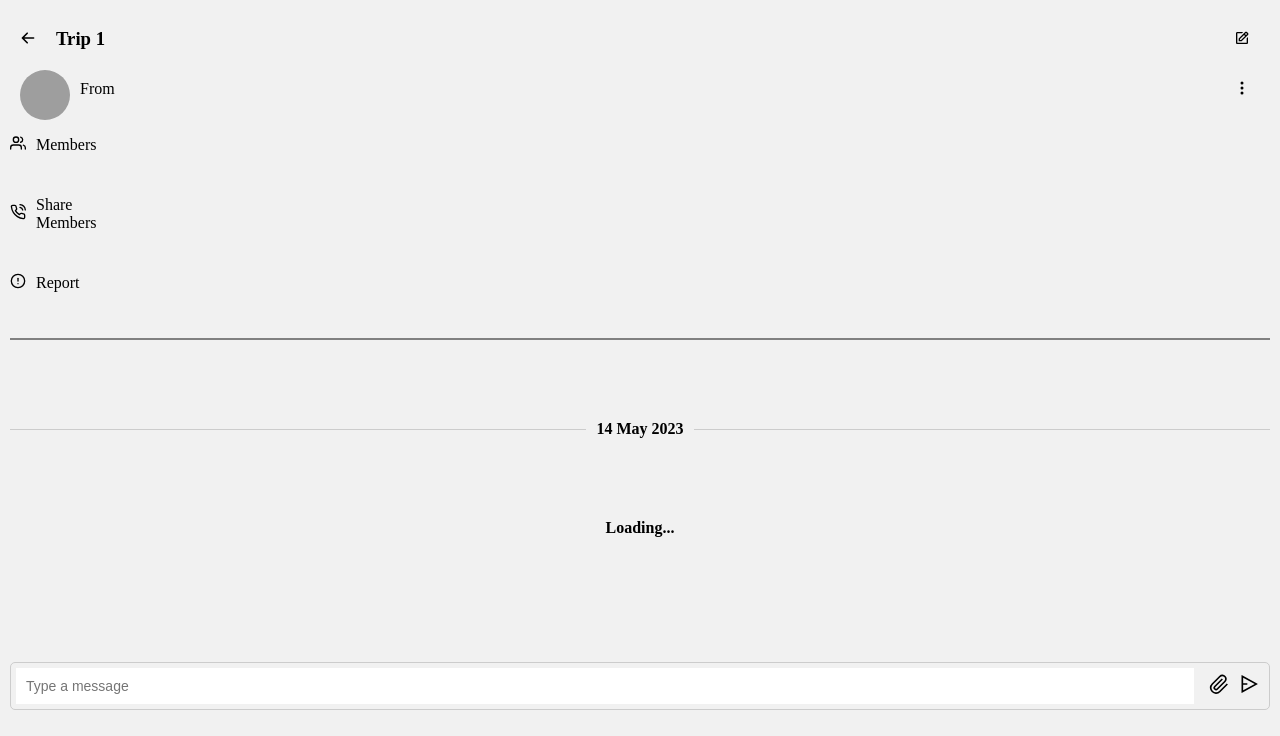
Repository: Abhi2359/PWA_Corider
Page: /, after clicking the first element matching `div.dot_icon`
An editor plug-in stored every save of this project. The page is shown before and after a run of saves, followed by the edit.
The browser window is 1280 px wide. The pictures show the whole page.
Pictures or frames that could not be fetched are drawn as grey boxes. The page's requests for data from a server got no answer. The project was rebuilt for these pictures with package versions that can differ from the ones it lists, and the page was loaded fresh each time. No one was signed in, and anything a server would have sent is missing. Also part of the build but not shown: vite.config.js, src/chatInput/Chat.css, src/chatInput/Chat.jsx.

Above is the page before, as saved 2023-05-14 20:36:42.

### src/App.jsx
import { useEffect, useState ,lazy,Suspense,useCallback} from "react";
import styles from "./App.css";
import { fetchData } from "./api/fetchData";
import Header from "./Header/Header";
import Chat from "./chatInput/Chat";
import ChatInput from "./chatInput/ChatInput";
import InfiniteScroll from "react-infinite-scroll-component";
import LazyLoad from "react-lazy-load";
const LazyChat = lazy(() => import("./chatInput/Chat"));

function App() {
  const [data, setData] = useState([]);
  const [isLoading, setIsLoading] = useState(false);
  const [error, setError] = useState(null);
  const [currentPage, setCurrentPage] = useState(1);
  const [hasMore, setHasMore] = useState(true);
  const [from, setFrom] = useState("");
  const [to, setTo] = useState("");

  const fetchDataFromApi = useCallback(async () => {
    if (!hasMore) return;
    setIsLoading(true);

    try {
      const apiData = await fetchData(currentPage);
      const apiResponse = apiData.chats;

      if (apiResponse.length === 0) {
        setHasMore(false);
      } else {
        setData((prevData) => [...prevData, ...apiResponse]);
        setCurrentPage((prevPage) => prevPage + 1);
      }
    } catch (error) {
      setError(error.message);
    }

    setIsLoading(false);
  }, [currentPage, hasMore]);

  useEffect(() => {
    fetchDataFromApi();
  }, [fetchDataFromApi]);

  const handleScroll = useCallback(() => {
    const scrollTop =
      (document.documentElement && document.documentElement.scrollTop) ||
      document.body.scrollTop;
    const scrollHeight =
      (document.documentElement && document.documentElement.scrollHeight) ||
      document.body.scrollHeight;
    const clientHeight =
      document.documentElement.clientHeight || window.innerHeight;
    const scrollPosition = scrollTop + clientHeight;

    if (scrollPosition >= scrollHeight - 200) {
      fetchDataFromApi();
    }
  }, [fetchDataFromApi]);

  useEffect(() => {
    window.addEventListener("scroll", handleScroll);
    return () => window.removeEventListener("scroll", handleScroll);
  }, [handleScroll]);
  return (
    <>
      <div className="layout">
        <div className="header_section">
          <Header />
          <div className="chat_container">
            <InfiniteScroll
              dataLength={data.length}
              next={fetchDataFromApi}
              hasMore={hasMore}
              scrollThreshold={0.8}
              className="chat_list"
              loader={<h4 style={{ textAlign: "center" }}>Loading...</h4>}
            >
              <ul className="chat_list">
                {data.map((chat) => (
                  <li key={chat.id}>
                    <Suspense fallback={<div>Loading...</div>}>
                      <LazyChat
                        message={chat.message}
                        image={chat.sender.image}
                      />
                    </Suspense>
                  </li>
                ))}
              </ul>
            </InfiniteScroll>
          </div>
        </div>
         <div>
          <footer className="footer">
            <ChatInput />
          </footer>
        </div>
      </div>
    </>
  );
}

export default App;

### src/App.css
.layout{
    position: relative;
width: 100%;
height: 100vh;
background: #FAF9F4;
border-radius: 32px;
}

.header_section {
    position: fixed;
    top: 0;
    left: 0;
    right: 0;
    background-color: #f1f1f1;
    padding: 10px;
    z-index: 1;
  }

  .chat_container {
    margin-top: 60px; /* Adjust the margin to give space below the fixed header */
    overflow: auto;
    flex-grow: 1;
    height: calc(100vh - 120px); /* Adjust the height based on header and footer heights */
  }

  .chat_list {
    list-style: none;
    padding: 0;
    margin: 0;
  }

  .footer {
    position: fixed;
    bottom: 0;
    left: 0;
    right: 0;
    background-color: #f1f1f1;
    padding: 10px;
    z-index: 1;
  }

  /* Optional styles for scrollable chat section */
  .chat_container::-webkit-scrollbar {
    width: 8px;
  }

  .chat_container::-webkit-scrollbar-track {
    background-color: #f1f1f1;
  }

  .chat_container::-webkit-scrollbar-thumb {
    background-color: #888;
    border-radius: 4px;
  }

  .chat_container::-webkit-scrollbar-thumb:hover {
    background-color: #555;
  }

### src/api/fetchData.jsx
import axios from "axios";

const API_URL = "http://3.111.128.67/assignment/chat";

export const fetchData = async (page) => {
    try {
      const response = await axios.get(`http://3.111.128.67/assignment/chat?page=${page}`, {
        params: { page },
      });
      return response.data;
    } catch (error) {
      throw new Error('Error while fetching data');
    }
  };

### src/Header/Header.jsx
import React ,{useState}from "react";
import { HiArrowLeft } from "react-icons/hi";
import { BiEdit } from "react-icons/bi";
import { BsThreeDotsVertical } from "react-icons/bs";
import styles from "./Header.css"
import Card from "../Card/Card";

const Header = ({ from, to }) => {
  const [isCardVisible, setIsCardVisible] = useState(false);

  const handleToggleCard = () => {
    setIsCardVisible(!isCardVisible);
  };
  return (
    <>
      <div className="header">
        <div className="trip">
          <div className="icon">
            <HiArrowLeft />
          </div>
          <div className="trip_no">
            <h3 className="no">Trip 1</h3>
          </div>
          <div className="edit_icon">
            <BiEdit />
          </div>
        </div>
        <div className="trip_details">
          <div className="user_icon">
            <img
              src="https://fastly.picsum.photos/id/1072/160/160.jpg?hmac=IDpbpA5neYzFjtkdFmBDKXwgr-907ewXLa9lLk9JuA8"
              alt=""
            />
          </div>
          <div className="travel_data">From {from}</div>
          <div className="dot_icon" onClick={handleToggleCard}>
            <BsThreeDotsVertical />
          </div>
        </div>
        <div className="toggle-card">
        {isCardVisible && <Card  />}
        </div>
        <div className="horizontal_line">

        <div className="line"></div>
        </div>
        <div className="date_section">
          <div className="date_line"></div>
          <div className="date">14 May 2023</div>
          <div className="date_line"></div>
        </div>
      </div>
    </>
  );
};

export default Header;

### src/chatInput/ChatInput.jsx
import React from 'react'
import {GrAttachment}  from "react-icons/gr"
import {RiSendPlane2Line}  from "react-icons/ri"
import styles from "./ChatInput.css"
const ChatInput = () => {
  return (
  <>


  <div class="chat-input-container">
  <input type="text" class="chat-input" placeholder="Type a message"/>
  <div class="icon-container">
   <div className="attachment"><GrAttachment/></div>
   <div className="send"><RiSendPlane2Line/></div>
  </div>
</div>


  </>
  )
}

export default ChatInput

### src/Header/Header.css
.header {
  height: 40%;
  width: 100%;
  box-shadow: darkgrey;
  position: relative;
}

.trip {
  padding-top: 20px;
  padding-left: 10px;
  display: flex;
  flex-direction: row;
  justify-content: space-between;
  height: 20%;
}

.icon {
  margin-right: 5px;
}

.trip_no {
  margin-right: auto;

  width: auto;
  padding: 10px 10px;
  height: 30px;
  margin-top: -10px;
}
.trip_no h3 {
  margin-top: -2px;
}

.edit_icon {
  margin-right: 20px;
}

.trip_details {
  display: flex;
  flex-direction: row;
  justify-content: space-between;
  padding-left: 10px;
  height: 40%;
}

.travel_data {
  margin-right: auto;
  margin-top: 10px;
}

.user_icon {
  width: 50px;
  height: 50px;
  border-radius: 50%;
  overflow: hidden;
  margin-right: 10px;
}

.user_icon img {
  width: 100%;
  height: 100%;
  object-fit: cover;
}

.dot_icon {
  margin-top: 10px;
  margin-right: 20px;
}

.horizontal_line {
  padding-top: 20px;
}
.line {
  border: 1px solid grey;
  height: 0px;
  background-color: black;
}

.date_section {
    display: flex;
    align-items: center;
    margin-bottom: 10px;
    margin-top: 80px;
  }

  .date_line {
    flex-grow: 1;
    height: 1px;
    background-color: #ccc;
  }

  .date {
    margin: 0 10px;
    font-weight: bold;
  }

### src/Card/Card.jsx
import React from "react";
import { FiUsers, FiPhoneCall, FiAlertCircle } from "react-icons/fi";
import styles from "./card.css"
const Card = () => {
  return (
    <div className="card-body">
      <div className="members">
        <div className="icon">
          <FiUsers />
        </div>

        <div className="text">
          <p>Members</p>
        </div>
      </div>
      <div className="share-members">
        <div className="icon">
          <FiPhoneCall />
        </div>
        <div className="text">
          <p>Share Members</p>
        </div>
      </div>
      <div className="report">
        <div className="icon">
          <FiAlertCircle />
        </div>
        <div className="text">
          <p>Report</p>
        </div>
      </div>
    </div>
  );
};

export default Card;

### src/chatInput/ChatInput.css
.chat-input-container {
    display: flex;
    align-items: center;
    border: 1px solid #ccc;
    border-radius: 5px;
    padding: 5px;
  }

  .chat-input {
    flex-grow: 1;
    border: none;
    outline: none;
    padding: 10px;
    font-size: 14px;
  }

  .icon-container {
    display: flex;
    align-items: center;
    margin-left: 10px;
  }

  .attachment,
  .send {
    cursor: pointer;
    padding: 5px;
  }

  .attachment:hover,
  .send:hover {
    background-color: #f1f1f1;
    border-radius: 50%;
  }

  .attachment > svg,
  .send > svg {
    width: 20px;
    height: 20px;
  }

### src/Card/card.css
.card-body {
    display: flex;
    flex-direction: column;
    width: 50px;
    background-color: ;
  }

  .members,
  .share-members,
  .report {
    display: flex;
    align-items: center;
    margin-bottom: 10px;
  }

  .icon {
    margin-right: 10px;
  }

  .text {
    font-size: 16px;
  }

Loaded but not shown: index.html (common file); src/main.jsx (common file)

After the next 2 saves:
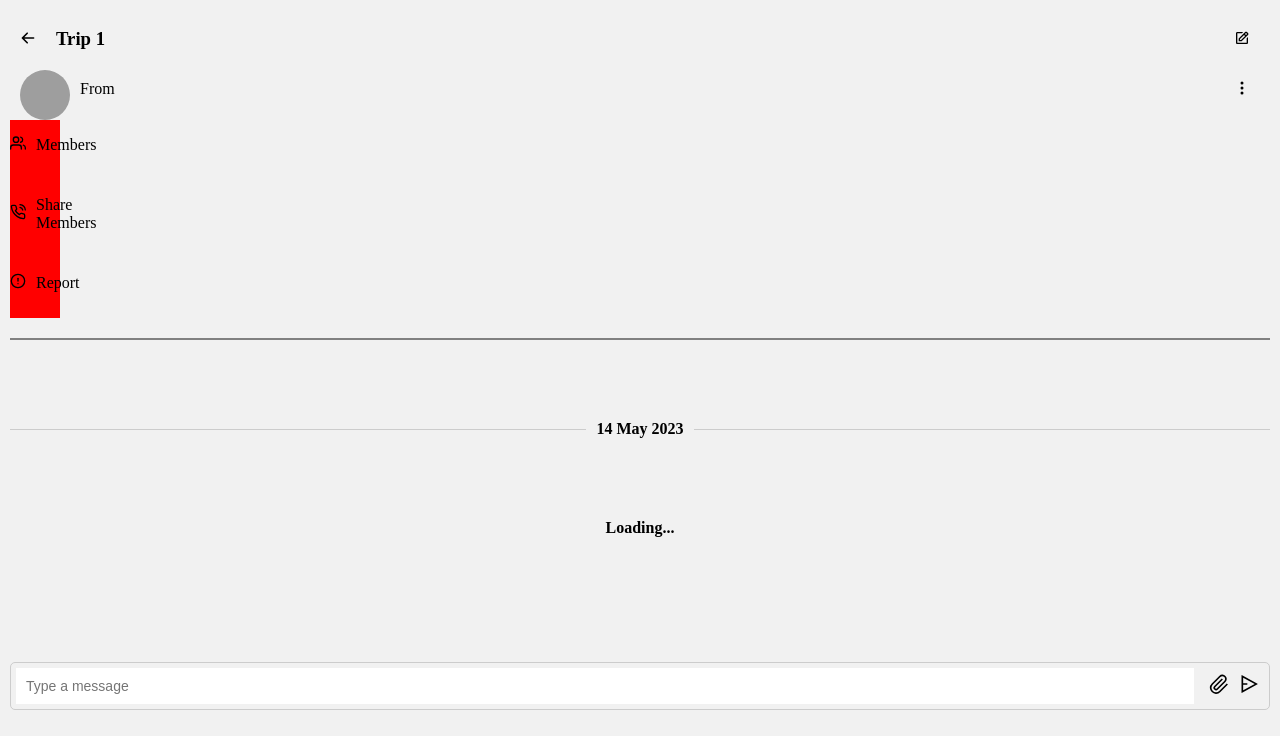
The 2 saves are shown as one change because they came seconds apart.
The last was saved 7 s later.
--- a/src/Card/card.css
+++ b/src/Card/card.css
@@ -2,7 +2,7 @@
     display: flex;
     flex-direction: column;
     width: 50px;
-    background-color: ;
+    background-color: red;
   }
 
   .members,
